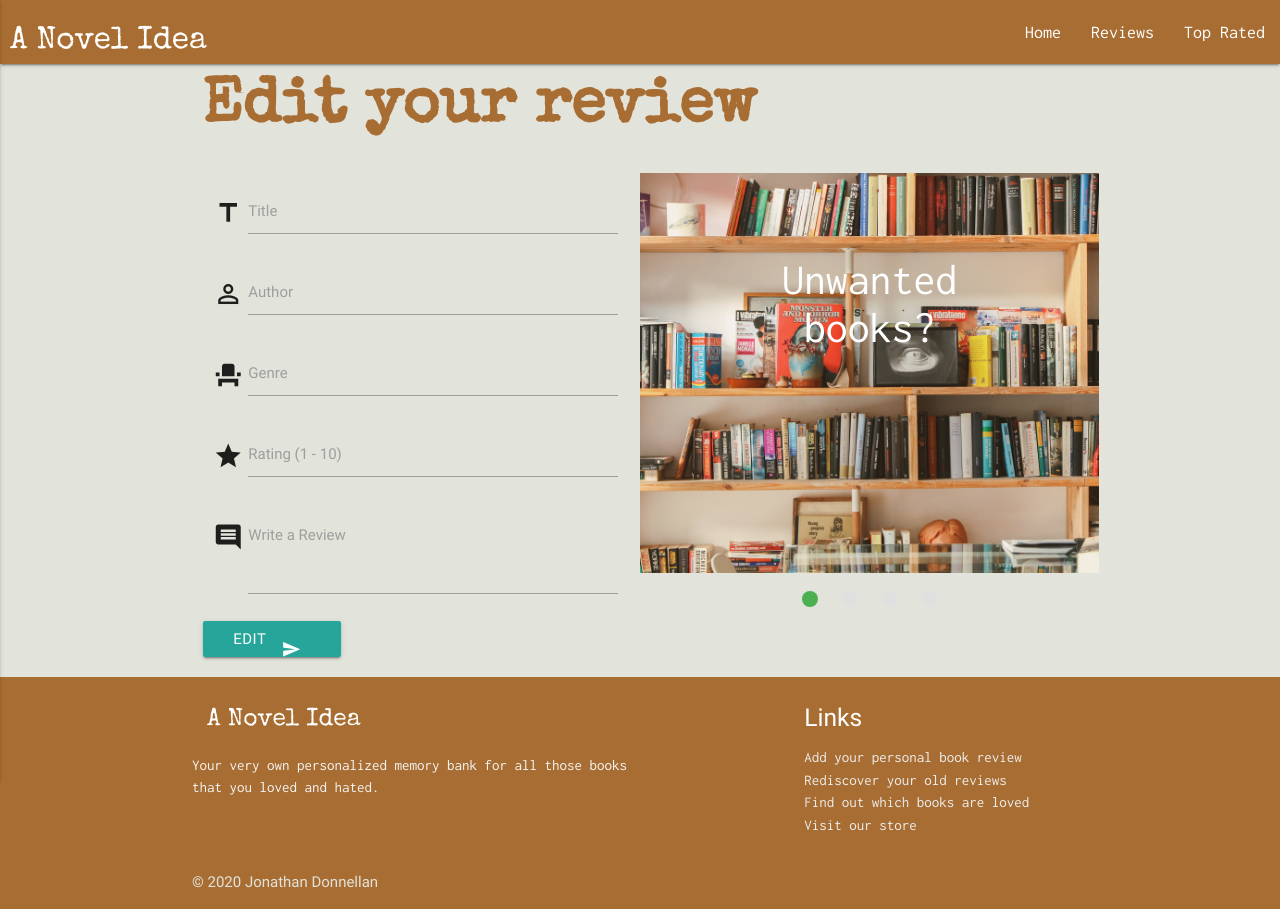
Repository: johnny-don/a-novel-idea
Page: templates/editreview.html
The author's editor kept a record of every edit. The page is drawn from the files as they stood at one moment, then again after the next edit.
The browser window is 1280 px wide. The pictures show the whole page.
Some web libraries are served in a nearby version. The page is served by the project's application, run on Flask 3 (app.py). The template is opened directly, without the code that normally fills it, so the values that code supplies are empty.

Above is the page before.

After the next edit:
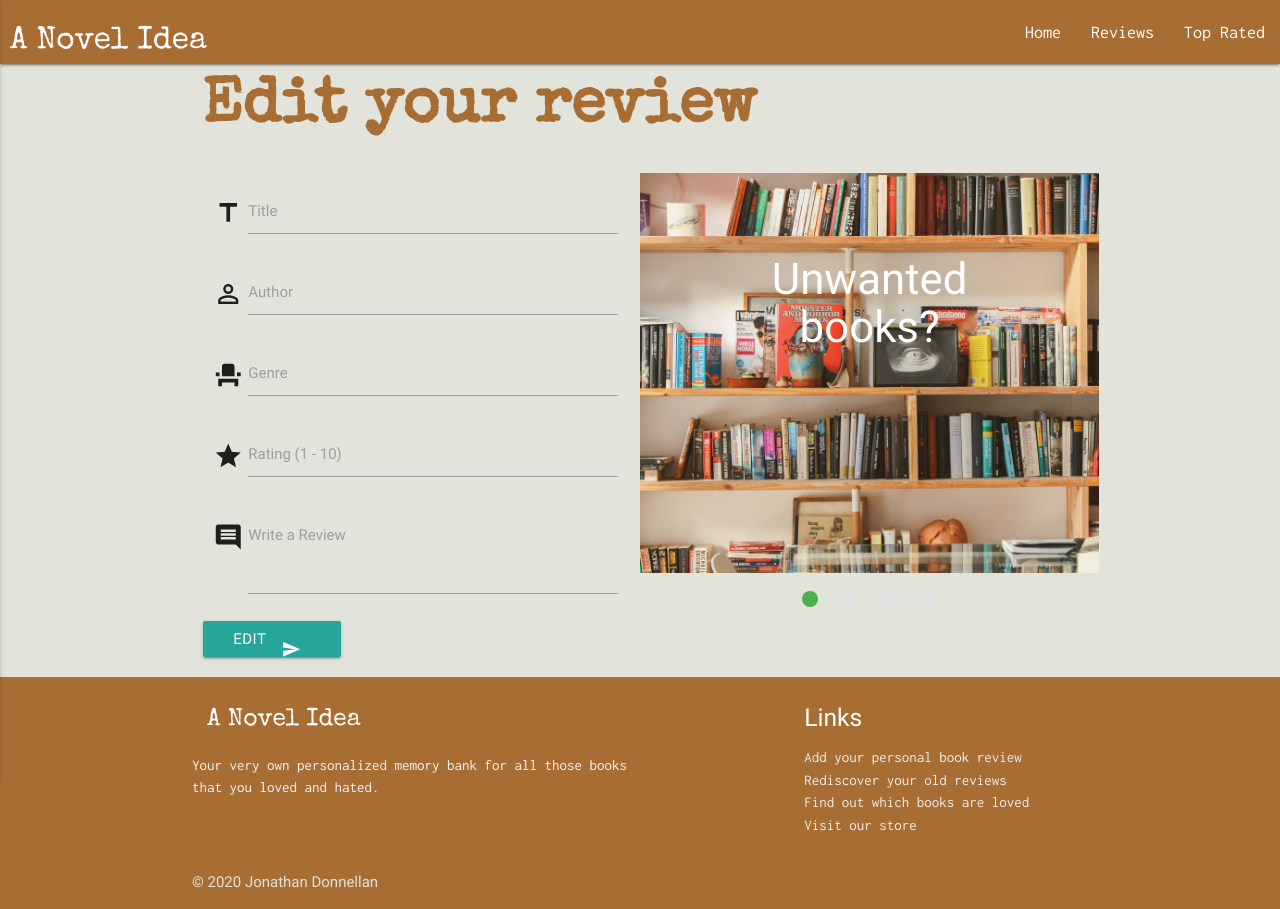
The edit:
--- a/templates/editreview.html
+++ b/templates/editreview.html
@@ -53,28 +53,28 @@
             <li>
                 <img src="static/images/home-bookshelf.jpg">
                 <div class="caption center-align">
-                    <h3 class="text-font">Unwanted books?</h3>
+                    <h3 class=".slider-font">Unwanted books?</h3>
                 </div>
             </li>
             <li>
                 <img src="static/images/woman-bookstore.jpg">
                 <div class="caption left-align">
-                    <h3 class="text-font">We can find a new owner</h3>
+                    <h3 class=".slider-font">We can find a new owner</h3>
 
                 </div>
             </li>
             <li>
                 <img src="static/images/bookshop.jpg">
                 <div class="caption right-align">
-                    <h3 class="text-font">Bring them in</h3>
+                    <h3 class=".slider-font">Bring them in</h3>
 
                 </div>
             </li>
             <li>
                 <img src="static/images/woman-back-bookstore.jpg">
                 <div class="caption center-align">
-                    <h3 class="text-font">They are safe with us</h3>
-                    <a href="https://last-bookshop.business.site/" class="light grey-text text-lighten-3 text-font">Click here to visit our store</a>
+                    <h3 class=".slider-font">They are safe with us</h3>
+                    <a href="https://last-bookshop.business.site/" class="light grey-text text-lighten-3 .slider-font">Click here to visit our store</a>
                 </div>
             </li>
         </ul>
